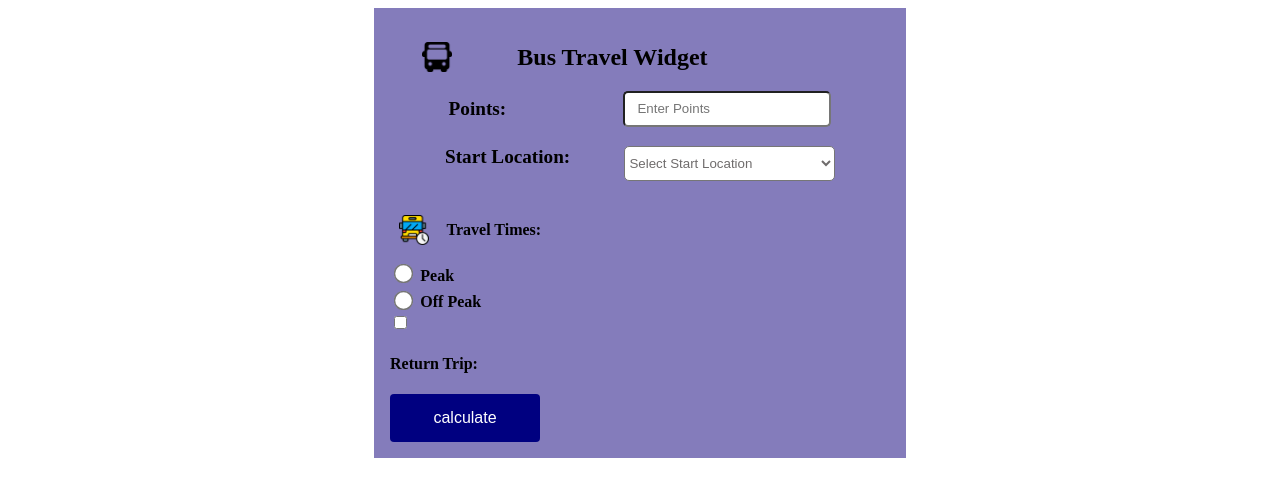
Repository: lasity34/bus_travel
Page: index.html
These files come from the project's save history. The page is drawn as it stood at one moment and after the next save; the edit follows.
The browser window is 1280 px wide. The pictures show the whole page.

Above is the page before, as saved 2023-05-31 11:06:10.

### index.html
<!DOCTYPE html>
<html lang="en">
  <head>
    <meta charset="UTF-8" />
    <meta http-equiv="X-UA-Compatible" content="IE=edge" />
    <meta name="viewport" content="width=device-width, initial-scale=1.0" />
    <link href="./style.css" rel="stylesheet" />
    <title>Bus travel</title>
  </head>
  <body>
    <div class="widget_container">
      <header>
        <img src="./images/bus.png" width="30" height="30" />
        <h2>Bus Travel Widget</h2>
      </header>
      <section>
        <div class="points_container">
          <label for="points">Points:</label>
          <input
            type="number"
            name="points"
            id="points"
            placeholder="Enter Points"
          />
        </div>
        <div class="start_location_container">
          <label for="dropdown">Start Location:</label>
          <select id="dropdown" name="dropdown">
            <option value="select_location">Select Start Location</option>
            <option value="atlantis">Atlantis</option>
            <option value="pinelands">Pinelands</option>
            <option value="milnerton">Milnerton</option>
          </select>
        </div>
      </section>
      <section class="calculate_container">
        <div class="calculate_title">
          <img src="./images/bus_time.png" width="30" height="30" />
          <h4>Travel Times:</h4>
        </div>
        <div class="input_container">
          <div class="calculate_input">
            <input type="radio" id="peak" name="time" value="peak" />
            <label for="peak">Peak</label><br />
            <input type="radio" id="off-peak" name="time" value="off-peak" />
            <label for="off-peak">Off Peak</label><br />
          </div>
          <div class="check_calculate">
            <div class="check_box">

                <input type="checkbox" name="return">
                <h4>Return Trip:</h4>
            </div>
              <button class="calculate_btn">calculate</button>
          </div>
        </div>
      </section>

      <script src="./bus_travel_factory.js"></script>
      <script src="./bus_travel.js"></script>
    </div>
  </body>
</html>

### style.css


.widget_container {
   margin: 0 auto;
   display: flex;
   flex-direction: column;
   justify-content: center;
    background-color: rgb(132, 124, 187);
    width: 70%;
    max-width: 500px;
    font-weight: bold;
    padding: 1em;
}

header {
    display: flex;
    align-items: center;
    justify-content: space-around;
    width: 70%;
}

.points_container  {
    display: flex;
    width: 100%;
    justify-content: space-around;
    align-items: center;
}

.points_container label {
    font-size: 1.2rem;
}

.points_container input {
    border-radius: 5px;
    height: 30px;
    text-indent: 10px;
    width: 40%;
}

input[type='number']::-webkit-inner-spin-button,
input[type='number']::-webkit-outer-spin-button {
    -webkit-appearance: none;
    margin: 0;
}

input[type='number'] {
    -moz-appearance: textfield;
}

.start_location_container {
    padding: 1em 0;
    display: flex;
    margin: 0 auto;
    justify-content: space-between;
    width: 78%;
    font-size: 1.2rem;
    max-width: 500px;
}

select {
    background-color: white;
    width: 54%;
    height: 35px;
    border-radius: 5px;
    color: rgb(111, 108, 108);
}

option {
    font-weight: lighter;

}

button {
    background-color: #000080; /* Dark Blue */
    border: none;
    color: white;
    text-align: center;
    display: inline-block;
    font-size: 16px;
    transition-duration: 0.4s;
    cursor: pointer;
    padding: 15px 32px;
    border-radius: 4px;
    width: 30%;
    margin: 0 auto;
  }

  button:hover {
    background-color: #0000FF; /* Blue */
    color: white;
  }

  .calculate_title {
    display: flex;
    width: 32%;
    justify-content: space-around;
    align-content: center;
  }

  .calculate_title img {
    align-self: center;
  }

  input[type="radio"] {
    transform: scale(1.5); /* Adjust the scale factor as needed */
    margin: 0.5em;
}

### bus_travel_factory.js



function bus_travel_factory() {

    let points = 0
    let location = ""

    function points_input(input) {
        points = input
    }




    function bus_location(input) {
        if (input === "milnerton") {
            location = "milnerton"
        } else if (input === "atlantis") {
            location = 'atlantis'
        } else if (input === 'pinelands') {
            location = 'pinelands'
        } else if (input === 'select_location') {
            location = 'select_location'
        }
    }



    function points_value() {
        return points
    }

    function location_return() {
        return location
    }


    return {
        points_input,
        points_value,
        bus_location,
        location_return
    }
}

### bus_travel.js

const points_value = document.querySelector("#points").value
const calculate_btn = document.querySelector(".calculate_btn")
const location_select = document.querySelector("#dropdown")

const bus_instance = bus_travel_factory()

function bus_travel() {

    bus_instance.points_input(points_value)
}

function bus_location() {
    const selected_value = this.value
    bus_instance.bus_location(selected_value)
}

location_select.addEventListener("change", bus_location)


calculate_btn.addEventListener("click", bus_travel)

After the next save:
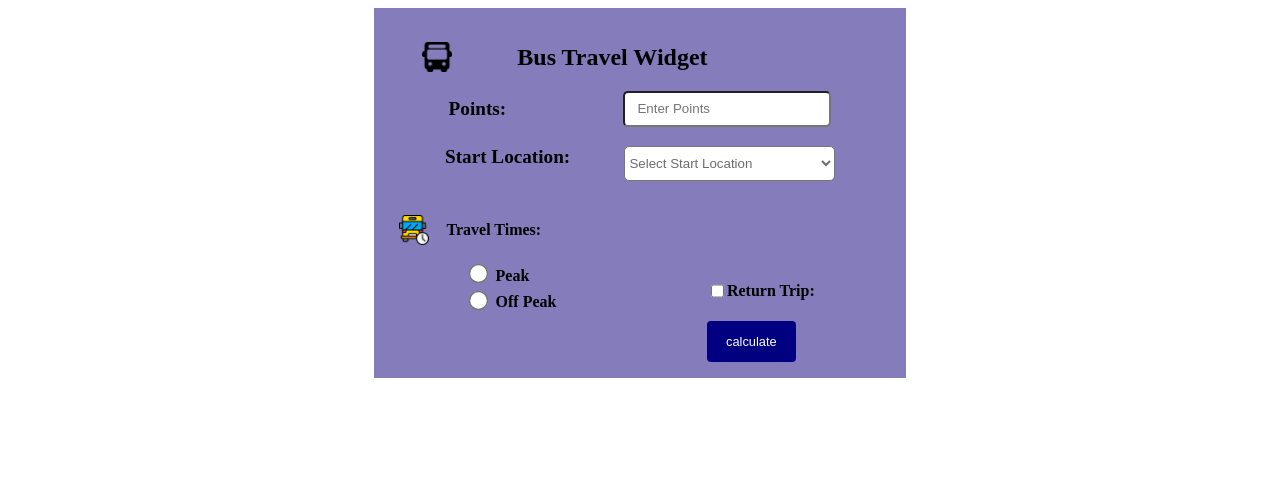
Saved 2 min 35 s later.
--- a/style.css
+++ b/style.css
@@ -76,12 +76,12 @@ button {
     color: white;
     text-align: center;
     display: inline-block;
-    font-size: 16px;
+    font-size:0.8rem;
     transition-duration: 0.4s;
     cursor: pointer;
-    padding: 15px 32px;
+    padding: 1em 1.5em;
     border-radius: 4px;
-    width: 30%;
+
     margin: 0 auto;
   }
 
@@ -105,3 +105,12 @@ button {
     transform: scale(1.5); /* Adjust the scale factor as needed */
     margin: 0.5em;
 }
+
+.input_container {
+    display: flex;
+    justify-content: space-around;
+}
+
+.check_box {
+    display: flex;
+}
